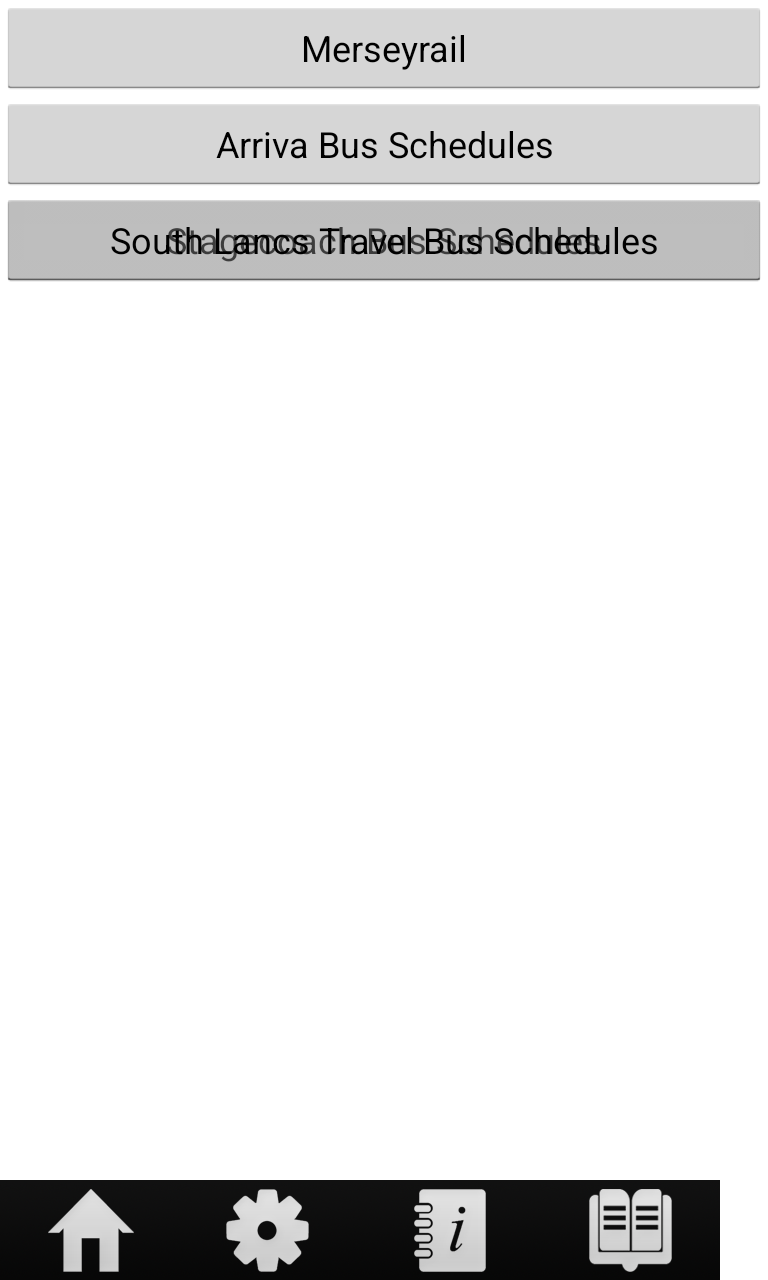
Repository: jo3bolton/PIKJEJ
Layout: PIKJEJ v7/PIKJEJ/res/layout/activity_alt_travel.xml
An editor plug-in stored every save of this project. The layout is shown before and after the next save, followed by the edit.
It is drawn on a 768 x 1280 px phone screen (xhdpi) without system bars, with theme AppTheme; the app's code is not run.

Above is the layout before, as saved 2013-03-23 15:12:33.

### PIKJEJ v7/PIKJEJ/res/layout/activity_alt_travel.xml
<RelativeLayout xmlns:android="http://schemas.android.com/apk/res/android"
    xmlns:tools="http://schemas.android.com/tools"
    android:id="@+id/map"
    android:layout_width="match_parent"
    android:layout_height="match_parent"
    android:screenOrientation="portrait"
    tools:context=".AltTravel" >

     <ImageButton
         android:id="@+id/home"
         android:layout_width="wrap_content"
         android:layout_height="wrap_content"
         android:layout_alignParentBottom="true"
         android:layout_alignParentLeft="true"
         android:background="@drawable/ic_tab_home_unselected"
         android:contentDescription="@string/title_activity_home"
         android:onClick="Home" />

    <ImageButton
        android:id="@+id/settings"
        android:layout_width="wrap_content"
        android:layout_height="wrap_content"
        android:layout_alignParentBottom="true"
        android:layout_toRightOf="@+id/home"
        android:background="@drawable/ic_tab_settings_unselected"
        android:contentDescription="@string/title_activity_settings"
        android:onClick="Settings" />

    <ImageButton
        android:id="@+id/about"
        android:layout_width="wrap_content"
        android:layout_height="wrap_content"
        android:layout_alignParentBottom="true"
        android:layout_toRightOf="@+id/settings"
        android:background="@drawable/ic_tab_about_unselected"
        android:contentDescription="@string/title_activity_about"
        android:onClick="About" />

    <ImageButton
        android:id="@+id/userguide"
        android:layout_width="wrap_content"
        android:layout_height="wrap_content"
        android:layout_alignParentBottom="true"
        android:layout_toRightOf="@+id/about"
        android:background="@drawable/ic_tab_userguide_unselected"
        android:contentDescription="@string/title_activity_userguide"
        android:onClick="Userguide" />

	<ScrollView
    android:id="@+id/ScrollView1"
    android:layout_width="wrap_content"
    android:layout_height="wrap_content"
    android:layout_alignParentLeft="true"
    android:layout_alignParentTop="true"
    android:layout_marginTop="82dp" >

</ScrollView>
	<Button
	    android:id="@+id/MerseyRailButton1"
	    android:layout_width="wrap_content"
	    android:layout_height="wrap_content"
	    android:layout_alignParentLeft="true"
	    android:layout_alignParentRight="true"
	    android:layout_alignParentTop="true"
	    android:contentDescription="@string/alt_travel_merseyrail"
	    android:onClick="Merseyrail"
	    android:text="@string/alt_travel_merseyrail"  />

	<Button
	    android:id="@+id/arrivaButton1"
	    android:layout_width="wrap_content"
	    android:layout_height="wrap_content"
	    android:layout_alignParentLeft="true"
	    android:layout_alignParentRight="true"
	    android:layout_below="@+id/MerseyRailButton1"
	    android:contentDescription="@string/alt_travel_arriva"
	    android:onClick="Arriva"
	    android:text="@string/alt_travel_arriva" />

	<Button
	    android:id="@+id/stagecoachButton1"
	    android:layout_width="wrap_content"
	    android:layout_height="wrap_content"
	    android:layout_alignParentLeft="true"
	    android:layout_alignParentRight="true"
	    android:layout_below="@+id/arrivaButton1"
	    android:contentDescription="@string/alt_travel_stagecoach"
	    android:onClick="Stagecoach"
	    android:text="@string/alt_travel_stagecoach" />

	<Button
	    android:id="@+id/sltButton1"
	    android:layout_width="wrap_content"
	    android:layout_height="wrap_content"
	    android:layout_alignParentLeft="true"
	    android:layout_alignParentRight="true"
	    android:layout_below="@+id/arrivaButton1"
	    android:contentDescription="@string/alt_travel_slt"
	    android:onClick="Stagecoach"
	    android:text="@string/alt_travel_slt" />
</RelativeLayout>

### PIKJEJ v7/PIKJEJ/res/values/strings.xml
<?xml version="1.0" encoding="utf-8"?>
<resources>

    <string name="app_name">PIKJEJ</string>
    <string name="action_settings">Settings</string>
    <string name="hello_world">Hello world!</string>
    <string name="title_activity_about">About</string>
    <string name="title_activity_alt_travel">AltTravel</string>
    <string name="title_activity_userguide">Userguide</string>
    <string name="title_activity_schedule">Schedule</string>
    <string name="title_activity_settings">Settings</string>
    <string name="title_activity_predictor">Predictor</string>
    <string name="title_activity_terms">Terms</string>
    <string name="title_activity_splash">Splash</string>
    <string name="title_activity_home">Home</string>
    <string name="Clock">DigitalClock</string><string name="page_about"><b>The PIKJEJ Application was created by the PIKJEJ development team.</b> \n \n <b> Project Leader:</b> \n Joseph Bolton \n\n <b>Team Members:</b> \n Ethan Tsang \n James Cassidy \n Peter Fletcher \n Ian Cannon \n  Kyle Ryan \n\n PIKJEJ Car Park Application \n Version 7.1 \n Copyright 2013 PIKJEJ \n\n Map facilities provided by Google Maps \n\n </string>
    <string name="alt_travel_merseyrail">Merseyrail</string><string name="alt_travel_arriva">Arriva Bus Schedules</string>
    <string name="alt_travel_stagecoach">Stagecoach Bus Schedules</string>
    <string name="alt_travel_slt">South Lancs Travel Bus Schedules</string>


</resources>

Loaded but not shown: PIKJEJ v7/PIKJEJ/res/values/styles.xml (common file); PIKJEJ v7/PIKJEJ/res/values-v11/styles.xml (common file); PIKJEJ v7/PIKJEJ/res/values-v14/styles.xml (common file)

After the next save:
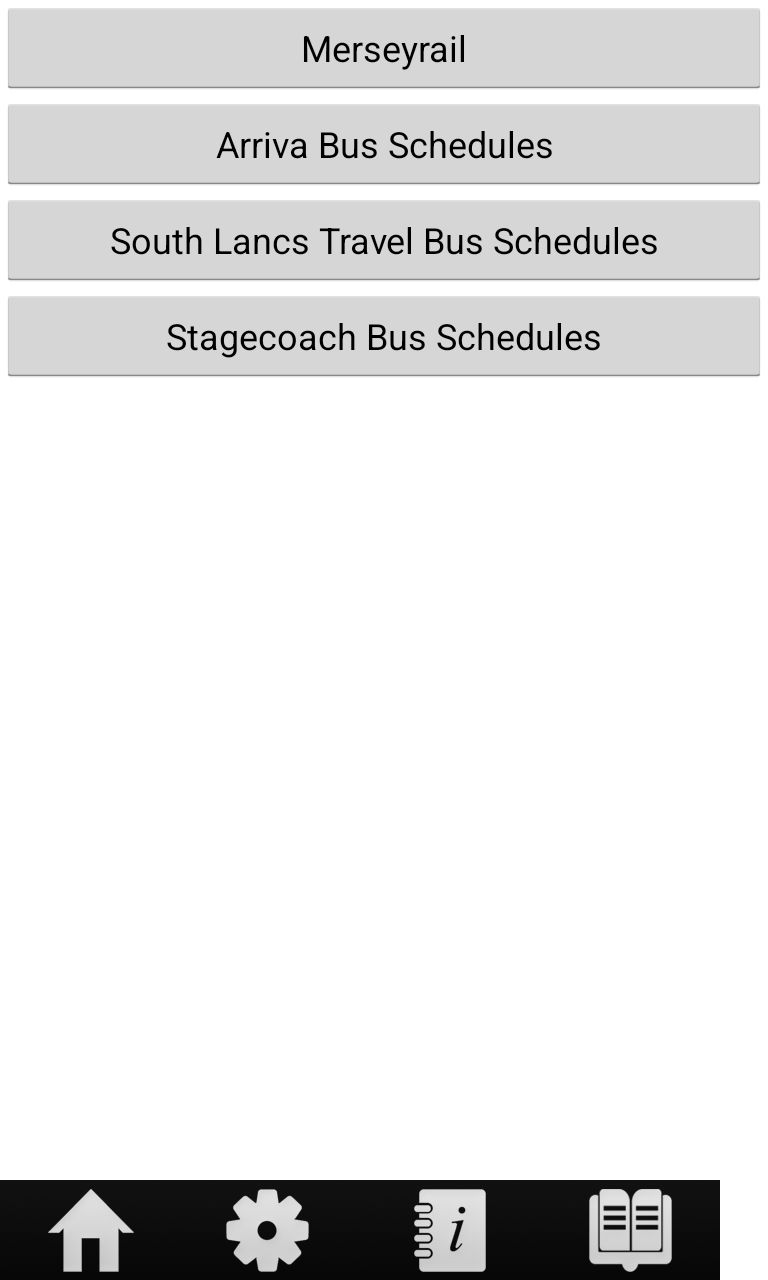
Saved 18 s later.
--- a/PIKJEJ v7/PIKJEJ/res/layout/activity_alt_travel.xml
+++ b/PIKJEJ v7/PIKJEJ/res/layout/activity_alt_travel.xml
@@ -78,17 +78,6 @@
 	    android:text="@string/alt_travel_arriva" />
 
 	<Button
-	    android:id="@+id/stagecoachButton1"
-	    android:layout_width="wrap_content"
-	    android:layout_height="wrap_content"
-	    android:layout_alignParentLeft="true"
-	    android:layout_alignParentRight="true"
-	    android:layout_below="@+id/arrivaButton1"
-	    android:contentDescription="@string/alt_travel_stagecoach"
-	    android:onClick="Stagecoach"
-	    android:text="@string/alt_travel_stagecoach" />
-
-	<Button
 	    android:id="@+id/sltButton1"
 	    android:layout_width="wrap_content"
 	    android:layout_height="wrap_content"
@@ -98,4 +87,16 @@
 	    android:contentDescription="@string/alt_travel_slt"
 	    android:onClick="Stagecoach"
 	    android:text="@string/alt_travel_slt" />
+
+	<Button
+	    android:id="@+id/stagecoachButton1"
+	    android:layout_width="wrap_content"
+	    android:layout_height="wrap_content"
+	    android:layout_alignParentLeft="true"
+	    android:layout_alignParentRight="true"
+	    android:layout_below="@+id/sltButton1"
+	    android:contentDescription="@string/alt_travel_stagecoach"
+	    android:onClick="Stagecoach"
+	    android:text="@string/alt_travel_stagecoach" />
+
 </RelativeLayout>
